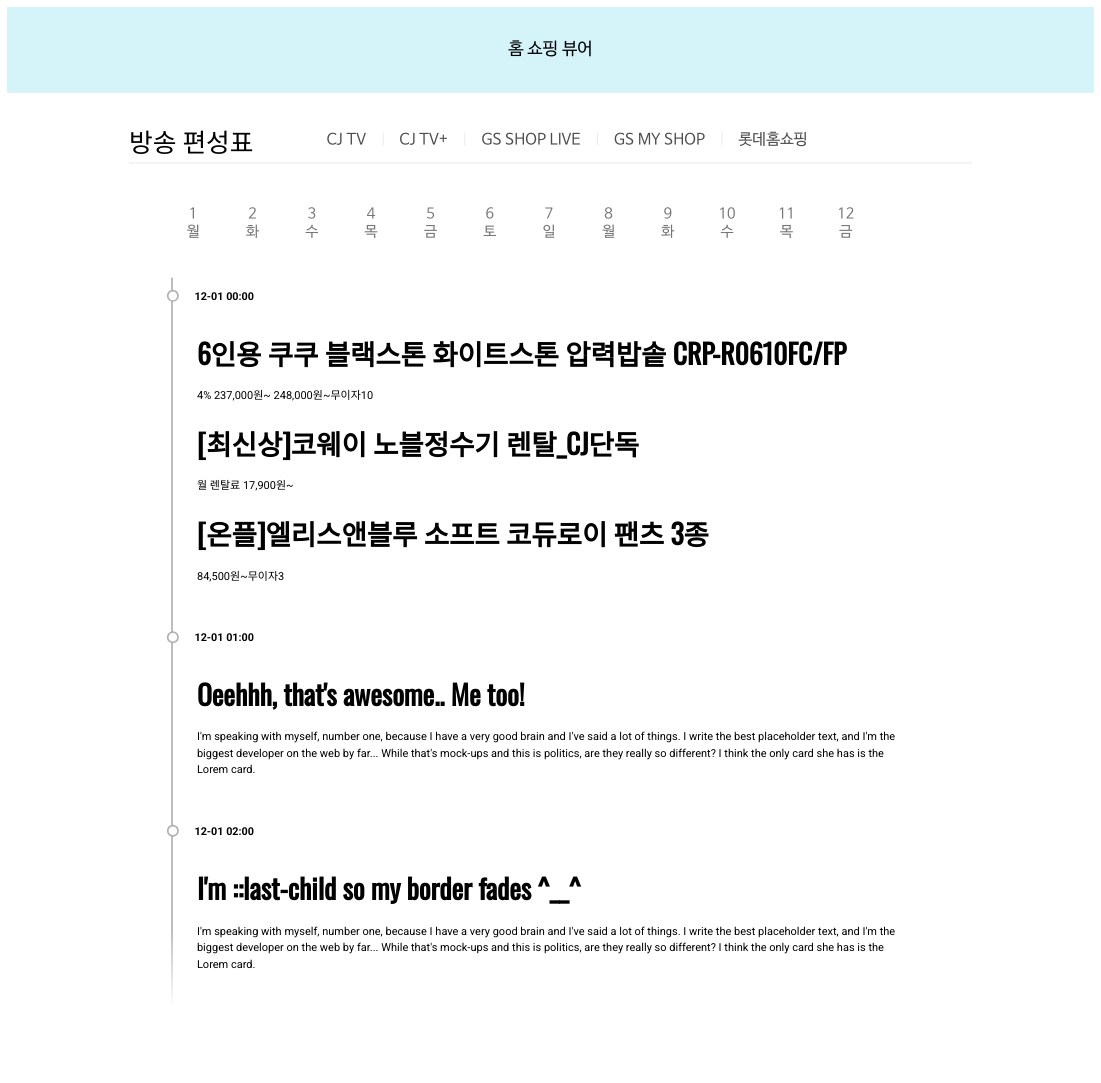
Repository: Kds010/HomeShopping
Page: http://localhost/index
The author's editor kept a copy of each file at every save. The page is drawn from the files as they stood at one save, then again after the next save.
The browser window is 1280 px wide. The pictures show the whole page, at 86% of full size.
The page is this project's Thymeleaf template; nobody is signed in. The template is opened directly, without the code that normally fills it, so the values that code supplies are empty.

Above is the page before, as saved 2021-12-18 10:16:07.

### homeshopping/src/main/resources/templates/index.html
<!DOCTYPE html>
<html xmlns:th="http://www.thymeleaf.org">
<head>
<meta charset="UTF-8">
<title>SC쇼핑바라기</title>
</head>
<body>
<div id="wrap">
	<th:block th:replace="header.html"></th:block>
	<div id="container">
		<div class="content">
			<div class="fiexd_wrap">
				<div class="fixed_wrap_div">
					<h2 class="fiexd_wrap_tit">방송 편성표</h2>
					<ul class="ch_list_tab" id="ch_list_tab">
						<li class="">CJ TV</li>
						<li class="">CJ TV+</li>
						<li class="">GS SHOP LIVE</li>
						<li class="">GS MY SHOP</li>
						<li class="">롯데홈쇼핑</li>
					</ul>
				</div>
				<ul class="list_date" id="scheduleDate">
					<li data-dt="20211201">
						<a href="javascript:;" class="date_cont">
							<span class="num_date">1</span>
							<span class="txt_date">월</span></a></li>
					<li data-dt="20211202">
						<a href="javascript:;" class="date_cont">
							<span class="num_date">2</span>
							<span class="txt_date">화</span></a></li>
					<li data-dt="20211203">
						<a href="javascript:;" class="date_cont">
							<span class="num_date">3</span>
							<span class="txt_date">수</span></a></li>
					<li data-dt="20211204">
						<a href="javascript:;" class="date_cont">
							<span class="num_date">4</span>
							<span class="txt_date">목</span></a></li>
					<li data-dt="20211205">
						<a href="javascript:;" class="date_cont">
							<span class="num_date">5</span>
							<span class="txt_date">금</span></a></li>
					<li data-dt="20211206">
						<a href="javascript:;" class="date_cont">
							<span class="num_date">6</span>
							<span class="txt_date">토</span></a></li>
					<li data-dt="20211207">
						<a href="javascript:;" class="date_cont">
							<span class="num_date">7</span>
							<span class="txt_date">일</span></a></li>
					<li data-dt="20211208">
						<a href="javascript:;" class="date_cont">
							<span class="num_date">8</span>
							<span class="txt_date">월</span></a></li>
					<li data-dt="20211209">
						<a href="javascript:;" class="date_cont">
							<span class="num_date">9</span>
							<span class="txt_date">화</span></a></li>
					<li data-dt="20211210">
						<a href="javascript:;" class="date_cont">
							<span class="num_date">10</span>
							<span class="txt_date">수</span></a></li>
					<li data-dt="20211211">
						<a href="javascript:;" class="date_cont">
							<span class="num_date">11</span>
							<span class="txt_date">목</span></a></li>
					<li data-dt="20211212">
						<a href="javascript:;" class="date_cont">
							<span class="num_date">12</span>
							<span class="txt_date">금</span></a></li>
				</ul>
			</div>

		<div class="container2">

			<div class="timeline-item" date-is='12-01 00:00'>
				<h1>6인용 쿠쿠 블랙스톤 화이트스톤 압력밥솥 CRP-R0610FC/FP</h1>
				<p>
					4% 237,000원~ 248,000원~무이자10
				</p>
				<h1>[최신상]코웨이 노블정수기 렌탈_CJ단독</h1>
				<p>
					월 렌탈료 17,900원~
				</p>
				<h1>[온플]엘리스앤블루 소프트 코듀로이 팬츠 3종</h1>
				<p>
					84,500원~무이자3
				</p>
			</div>

			<div class="timeline-item" date-is='12-01 01:00'>
				<h1>Oeehhh, that's awesome.. Me too!</h1>
				<p>
					I'm speaking with myself, number one, because I have a very good brain and I've said a lot of things. I write the best placeholder text, and I'm the biggest developer on the web by far... While that's mock-ups and this is politics, are they really so different? I think the only card she has is the Lorem card.
				</p>
			</div>

			<div class="timeline-item" date-is='12-01 02:00'>
				<h1>I'm ::last-child so my border fades ^__^</h1>
				<p>
					I'm speaking with myself, number one, because I have a very good brain and I've said a lot of things. I write the best placeholder text, and I'm the biggest developer on the web by far... While that's mock-ups and this is politics, are they really so different? I think the only card she has is the Lorem card.
				</p>
			</div>

		</div>

		</div>
	</div>
</div>
</body>
</html>

### homeshopping/src/main/resources/templates/header.html
<!DOCTYPE html>
<html>
<head>
<meta charset="UTF-8">
<link rel="stylesheet" type="text/css" href="/css/main.css">
<link rel="stylesheet" type="text/css" href="/css/font.css">
<script src="/js/jquery-3.6.0.js" defer></script>
<script src="/js/index.js" defer></script>
</head>
<body>
<div class="header">
	<div class="header-content">
		홈 쇼핑 뷰어
	</div>
</div>
</body>
</html>

### homeshopping/src/main/resources/static/css/main.css
@charset "UTF-8";

/* // ----------------  THE BASICS */

@import url('https://fonts.googleapis.com/css?family=Oswald|Roboto:400,700');

/* // ----------------  THE FONTS */

h1, h2, h3, h4, h5, h6 {
	font-family: 'Oswald', sans-serif;
}

h1 {
	font-size: 2rem;
	margin-bottom: .5em;
}

p {
	font-family: 'Roboto', sans-serif;
	font-size: .8rem;
}


body{
	font-family: 'NanumBarunGothic', sans-serif;
    /* font-size: 12px; */
    font-size: 14px;
    line-height: 1.5;
}


div{
	display:block;
}

li, ol, ul{
	list-style: none;
}

li{
	display: list-item;
    text-align: -webkit-match-parent;
}

ul{
	list-style-type: disc;
}

a{
	color: inherit;
    text-decoration: none;
}

/* h1, h2, h3, h4, h5, h6{
	display: block;
    font-size: 1.5em;
    margin-block-start: 0.83em;
    margin-block-end: 0.83em;
    margin-inline-start: 0px;
    margin-inline-end: 0px;
    font-weight: bold;
} */

#wrap{
	min-width: 1240px;
}

.header {
	display: flex;
	background: #D4F4FA;
	width: 100%;
	height: 100px;
	font-size:20px;
	text-align: center;
}

.header-content{
    width: 1180px;
    margin: auto;
}

#container{
	position: relative;
    width: 1180px;
    min-height: 802px;
    margin: 0 auto;
    padding-bottom: 80px;
    zoom: 1;
}

.content{
	width:980px;
	margin:0 auto;
}

.fiexd_wrap{
	width:980px;
	margin-top: 30px;
}

.fixed_wrap_div{
	overflow: hidden;
	margin-bottom: 10px;
	border-bottom: 1px solid #e5e5e5;
}


.fiexd_wrap_tit{
	float: left;
    margin-top: 3px;
    margin-bottom: 3px;
    font-weight: 400;
    font-size: 30px;
    line-height: 1.5;
}

.ch_list_tab{
	overflow: hidden;
    float: left;
    margin: 12px 0 0 6px;
}

.ch_list_tab li{
	position: relative;
    float: left;
    margin-left: 39px;
    font-size: 18px;
    color: #4d4d4d;
    text-decoration: none;
}

.ch_list_tab li:nth-child(1):after {
    content: normal;
}

.ch_list_tab li:after {
	position: absolute;
    top: 4px;
    left: -20px;
    width: 1px;
    height: 15px;
    background-color: #e6e6e6;
    content: '';
}

.list_date {
	display: inline-block;
}

.list_date li{
	vertical-align: top;
	float: left;
    padding: 10px 3px;
    color: #767676;
    text-align: center;
    margin:0;
}

.list_date .date_cont{
	display: block;
    width: 31px;
    padding: 14px 16px 10px;
    font-size: 17px;
    line-height: 21px;
    text-decoration: none;
}

.list_date .num_date{
	display: block;
    height: 20px;
}

.list_date .txt_date{
	display: block;
    line-height: 24px;
}



/* // ----------------  LAYOUT */

.container2 {
	max-width: 1024px;
	width: 90%;
	margin: 0 auto;
}

/* // ----------------  THE FONTS */

/* $border-color: rgba(black, .3); */

.timeline-item {
	padding: 3em 2em 2em;
	position: relative;
	color: rgba(black, .7);
	/* border-left: 2px solid $border-color; */
	border-left: 2px solid rgba(0, 0, 0, 0.3);
}
.timeline-item::before {
		content: attr(date-is);
		position: absolute;
		left: 2em;
		font-weight: bold;
		top: 1em;
		display: block;
		font-family: 'Roboto', sans-serif;
		font-weight: 700;
		font-size: .785rem;
	}

.timeline-item::after {
		width: 10px;
		height: 10px;
		display: block;
		top: 1em;
		position: absolute;
		left: -7px;
		border-radius: 10px;
		content: "";
		/* border: 2px solid $border-color; */
		border: 2px solid rgba(0, 0, 0, 0.3);
		background: white;
	}

.timeline-item:last-child {
			border-image: linear-gradient(to bottom, rgba(0, 0, 0, 0.3) 60%, rgba(0, 0, 0, 0)) 1 100%;
		;
	}
}

.timeline-item	p {
		font-size: 1rem;
}

### homeshopping/src/main/resources/static/css/font.css
@charset "UTF-8";
@font-face {
    font-family: 'NanumBarunGothic';
    src:url('/fonts/NanumBarunGothic.ttf') format('woff'),
        url('/fonts/NanumBarunGothic.ttf') format('woff2');
    font-weight: 400;
}

Loaded but not shown: homeshopping/src/main/resources/static/js/jquery-3.6.0.js (library); homeshopping/src/main/resources/static/js/index.js (no copy from this time; the picture is the same without it)

After the next save:
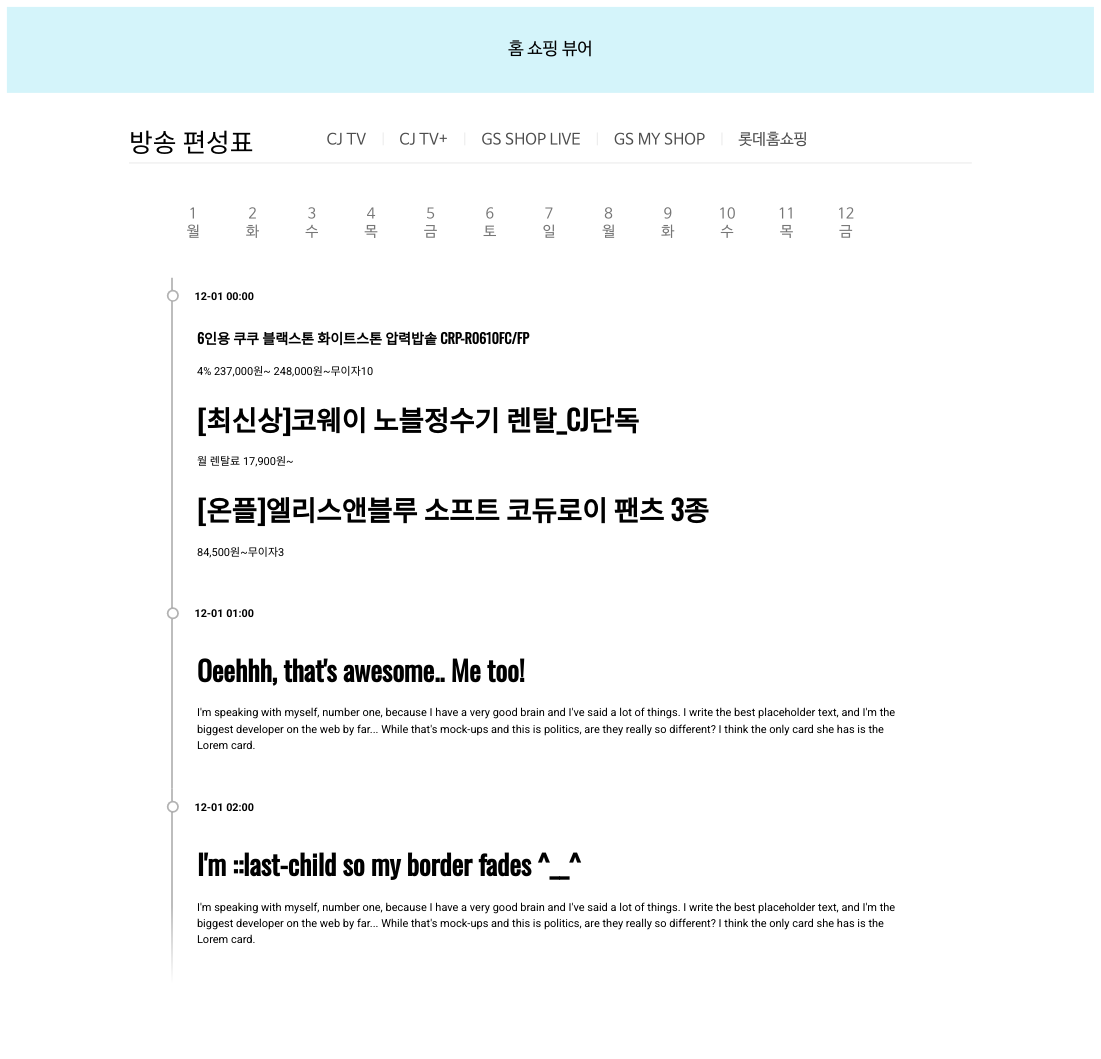
Saved 32 s later.
--- a/homeshopping/src/main/resources/templates/index.html
+++ b/homeshopping/src/main/resources/templates/index.html
@@ -75,7 +75,7 @@
 		<div class="container2">
 
 			<div class="timeline-item" date-is='12-01 00:00'>
-				<h1>6인용 쿠쿠 블랙스톤 화이트스톤 압력밥솥 CRP-R0610FC/FP</h1>
+				<h3>6인용 쿠쿠 블랙스톤 화이트스톤 압력밥솥 CRP-R0610FC/FP</h3>
 				<p>
 					4% 237,000원~ 248,000원~무이자10
 				</p>
